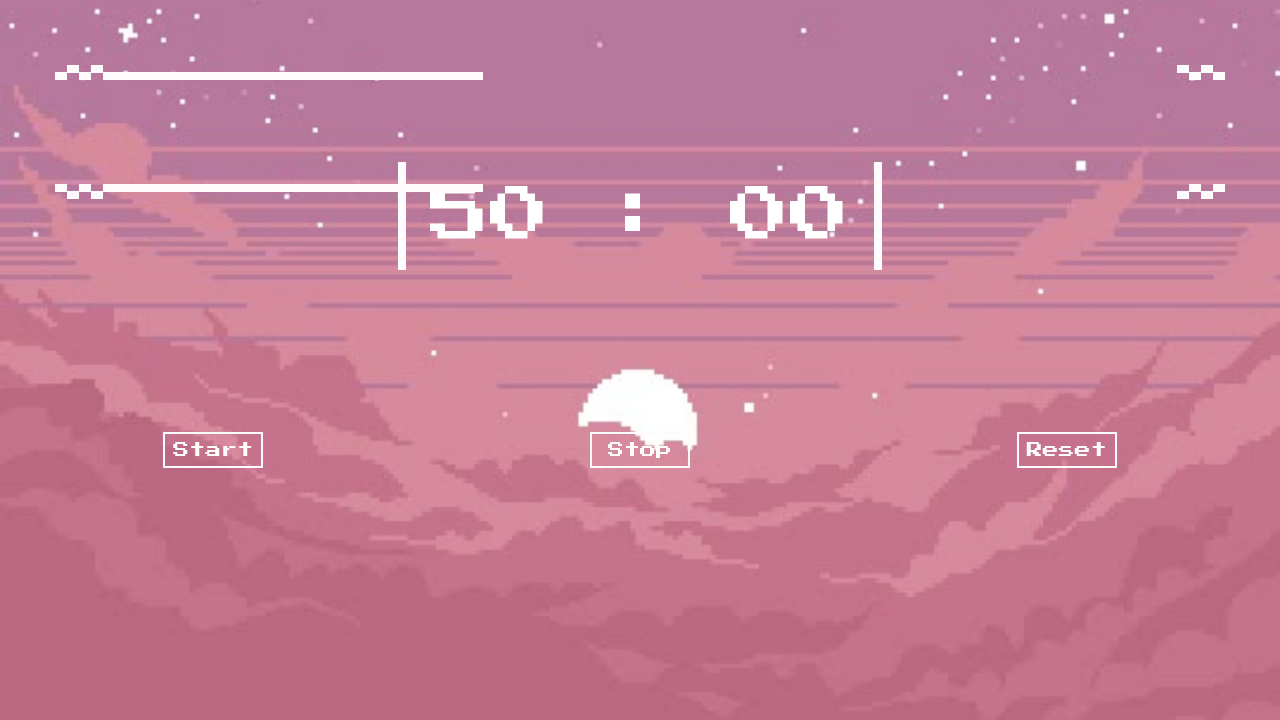
Repository: niharikapatil2306/Study-Timer
Page: index.html
These files come from the project's save history. The page is drawn as it stood at one moment and after the next save; the edit follows.
The browser window is 1280 px wide. The pictures show the whole page.

Above is the page before, as saved 2025-02-18 20:28:35.

### index.html
<!DOCTYPE html>
<html lang="en">
<head>
    <meta charset="UTF-8">
    <meta name="viewport" content="width=device-width, initial-scale=1.0">
    <title>Study Timer</title>
    <link href="https://fonts.googleapis.com/css2?family=Press+Start+2P&display=swap" rel="stylesheet">
    <link rel="stylesheet" href="style.css" />
</head>
<body style="background-color: black;">
    <div class="container">

        <div class="timer">
            <div class="pixel">
                <div class="square1"></div>
                <div class="square13"></div>
                <div class="square2"></div>
                <div class="square14"></div>
                <div class="square3"></div>
                <div class="line1"></div>
            </div>
            <div class="pixel">
                <div class="square4"></div>
                <div class="square15"></div>
                <div class="square5"></div>
                <div class="square16"></div>
                <div class="square6"></div>
            </div>

            <div class="pixel">
                <div class="square7"></div>
                <div class="square17"></div>
                <div class="square8"></div>
                <div class="square18"></div>
                <div class="square9"></div>
                <div class="line2"></div>
            </div>
            <div class="pixel">
                <div class="square10"></div>
                <div class="square19"></div>
                <div class="square11"></div>
                <div class="square20"></div>
                <div class="square12"></div>
            </div>

            <div class="box">
                <span id="min">
                    50
                </span>
                :
                <span id="sec">
                    00
                </span>
            </div>
        </div>
        <div class="button_container">
            <button id="start">
                Start
            </button>
            <button id="stop">
                Stop
            </button>
            <button id="reset">
                Reset
            </button>
        </div>
    </div>
    <script src="./clock.js"></script>
</body>
</html>

### style.css
body {
    margin: 0;
    padding: 0;
    background: url("./img/bg.jpeg") no-repeat center center fixed;
    background-size: cover;
}

.container{
    height: 100vh;
}

.box{
    border-left: 8px solid #FDFBFC;
    border-right: 8px solid #FDFBFC;
    padding: 24px;
}

.square1{
    position: fixed;
    height: 8px;
    width: 12px;
    left: 47px;
    top: 72px;
    background-color: transparent;
}

.square2{
    position: fixed;
    height: 8px;
    width: 12px;
    left: 55px;
    top: 72px;
    background-color: #FDFBFC;
}

.square3{
    position: fixed;
    height: 8px;
    width: 12px;
    left: 79px;
    top: 72px;
    background-color: #FDFBFC;
}

.line1{
    position: fixed;
    height: 8px;
    width: 380px;
    left: 103px;
    top: 72px;
    background-color: #FDFBFC;
}

.square4{
    position: fixed;
    height: 8px;
    width: 12px;
    right: 79px;
    top: 72px;
    background-color: #FDFBFC;
}

.square5{
    position: fixed;
    height: 8px;
    width: 12px;
    right: 55px;
    top: 72px;
    background-color: #FDFBFC;
}

.square6{
    position: fixed;
    height: 8px;
    width: 12px;
    right: 47px;
    top: 72px;
    background-color: transparent;
}

.square7{
    position: fixed;
    height: 8px;
    width: 12px;
    left: 47px;
    top: 179px;
    background-color: transparent;
}

.square8{
    position: fixed;
    height: 8px;
    width: 12px;
    left: 55px;
    top: 184px;
    background-color: #FDFBFC;
}

.square9{
    position: fixed;
    height: 8px;
    width: 12px;
    left: 79px;
    top: 184px;
    background-color: #FDFBFC;
}

.line2{
    position: fixed;
    height: 8px;
    width: 380px;
    left: 103px;
    top: 184px;
    background-color: #FDFBFC;
}

.square10{
    position: fixed;
    height: 8px;
    width: 12px;
    right: 79px;
    top: 184px;
    background-color: #FDFBFC;
}

.square11{
    position: fixed;
    height: 8px;
    width: 12px;
    right: 55px;
    top: 184px;
    background-color: #FDFBFC;
}

.square12{
    position: fixed;
    height: 8px;
    width: 12px;
    right: 47px;
    top: 181px;
    background-color: transparent;
}

.square13{
    position: fixed;
    height: 8px;
    width: 12px;
    left: 67px;
    top: 65px;
    background-color: #FDFBFC;
}

.square14{
    position: fixed;
    height: 8px;
    width: 12px;
    left: 91px;
    top: 65px;
    background-color: #FDFBFC;
}

.square15{
    position: fixed;
    height: 8px;
    width: 12px;
    right: 67px;
    top: 65px;
    background-color: #FDFBFC;
}

.square16{
    position: fixed;
    height: 8px;
    width: 12px;
    right: 91px;
    top: 65px;
    background-color: #FDFBFC;
}

.square17{
    position: fixed;
    height: 8px;
    width: 12px;
    right: 91px;
    top: 191px;
    background-color: #FDFBFC;
}

.square18{
    position: fixed;
    height: 8px;
    width: 12px;
    right: 67px;
    top: 191px;
    background-color: #FDFBFC;
}

.square19{
    position: fixed;
    height: 8px;
    width: 12px;
    left: 67px;
    top: 191px;
    background-color: #FDFBFC;
}

.square20{
    position: fixed;
    height: 8px;
    width: 12px;
    left: 91px;
    top: 191px;
    background-color: #FDFBFC;
}

.timer{
    font-family: 'Press Start 2P', monospace;
    height: 60vh;
    font-size: 60px;
    color: white;
    display: flex;
    align-items: center;
    justify-content: center;
}

.button_container{
    display: flex;
    align-items: center;
    justify-content: space-around;
}

button{
    font-family: 'Press Start 2P', monospace;
    border: 2px solid #FDFBFC;
    height: 36px;
    width: 100px;
    background-color: transparent;
    font-size: 16px;
    color: #FDFBFC;
}

/* .start{

} */

### clock.js
let timer;
let timeLeft = 50*60 // 50 minutes
const min = document.getElementById("min");
const sec = document.getElementById("sec");
const startBtn = document.getElementById("start");
const resetBtn = document.getElementById("reset");
const stopBtn = document.getElementById("stop");

function updateDisplay(){
    let minutes = Math.floor(timeLeft/60);
    let seconds = timeLeft%60;
    min.textContent = minutes.toString().padStart(2, "0");
    sec.textContent = seconds.toString().padStart(2, "0");
}

startBtn.addEventListener("click", () => {
    if(!timer){
        timer = setInterval(() => {
            if(timeLeft>0){
                timeLeft--;
                updateDisplay();
            }
            else{
                clearInterval(timer);
                timer = null;
                alert("Take a break!!")
            }
        }, 1000);
    }
});

resetBtn.addEventListener("click", () => {
    clearInterval(timer);
    timer = null;
    timeLeft = 50*60;
    updateDisplay();
});

stopBtn.addEventListener("click", () =>{
    clearInterval(timer);
    timer = null;
})

After the next save:
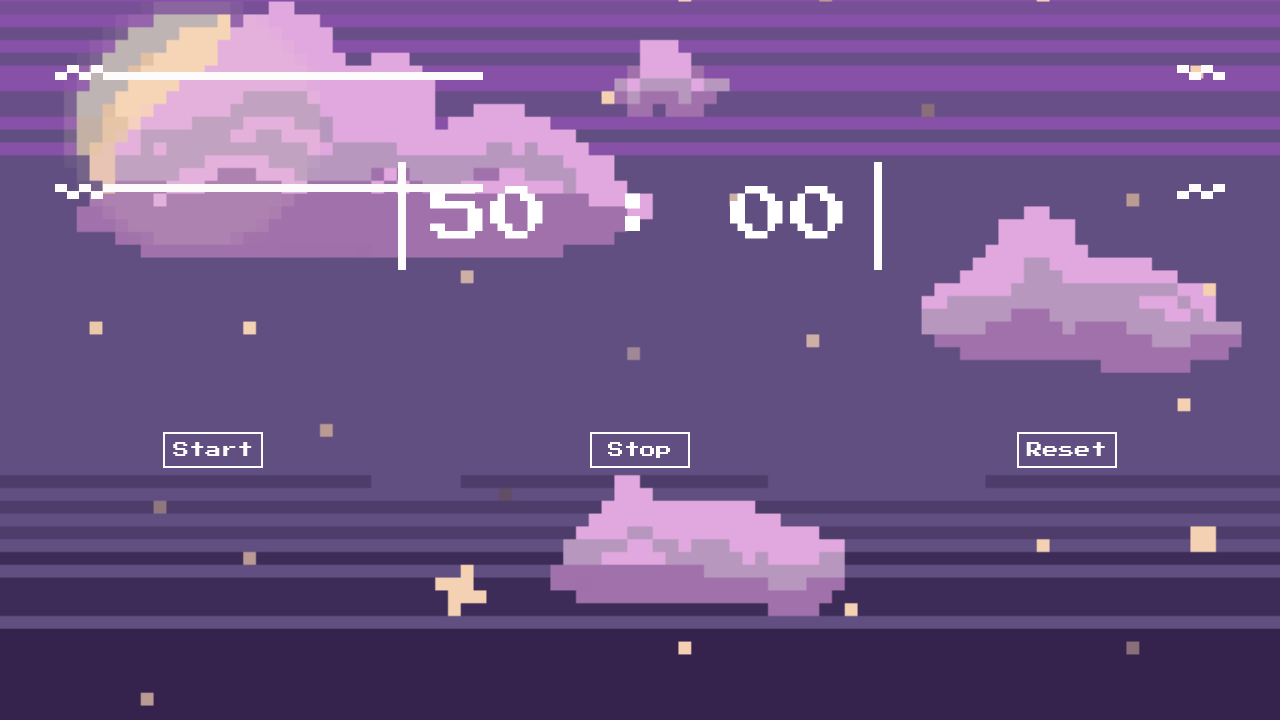
Saved 4 min 12 s later.
--- a/style.css
+++ b/style.css
@@ -1,7 +1,7 @@
 body {
     margin: 0;
     padding: 0;
-    background: url("./img/bg.jpeg") no-repeat center center fixed;
+    background: url("./img/bg1.gif") no-repeat center center fixed;
     background-size: cover;
 }
 
